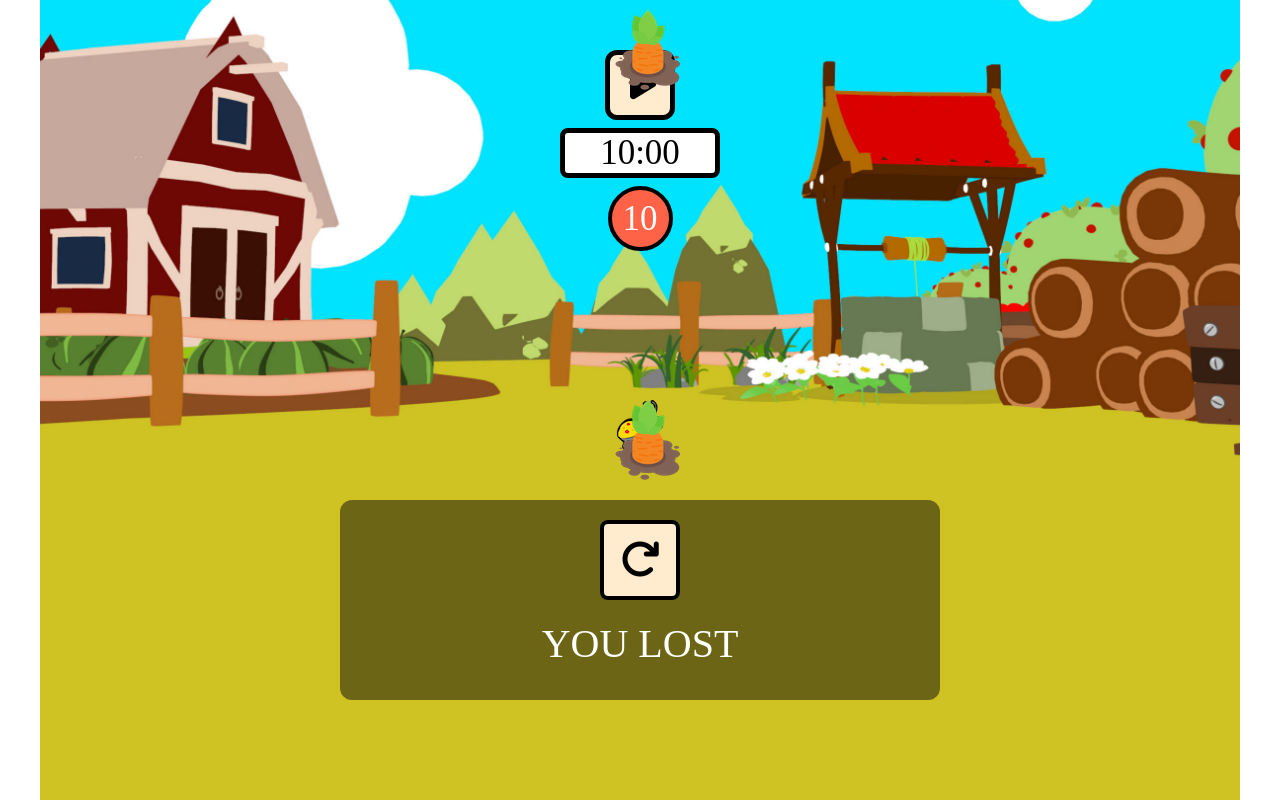
Repository: keehoonjung/Bug-Game
Page: index.html
These files come from the project's save history. The page is drawn as it stood at one moment and after the next save; the edit follows.
The browser window is 1280 px wide. The pictures show the whole page.
Some web libraries are served in a nearby version.

Above is the page before, as saved 2021-08-10 11:38:39.
Console error: TypeError: Cannot read properties of null (reading 'addEventListener')

### index.html
<!DOCTYPE html>
<html lang="en">
<head>
    <meta charset="UTF-8">
    <meta http-equiv="X-UA-Compatible" content="IE=edge">
    <meta name="viewport" content="width=device-width, initial-scale=1.0">
    <title>Document</title>
    <link rel="stylesheet" href="style.css">
    <script src="main.js"></script>
    <script src="https://kit.fontawesome.com/a7a8d59961.js" crossorigin="anonymous"></script>
</head>
<body>
    <section class="container">
        <section class="header">
            <button class="play__btn">
                <i class="fas fa-play"></i>
            </button>
            <div class="timer">
                10:00
            </div>
            <div class="count">10</div>
        </section>
        <section class="playground">
            <img src="./img/carrot.png" alt="carrot" class="carrot">
            <img src="./img/carrot.png" alt="carrot" class="bug">
            <img src="./img/bug.png" alt="bug">
        </section>
        <div class="popup">
            <button class="popup__btn">
                <i class="fas fa-redo"></i>
            </button>
            <div class="popup__message">YOU LOST</div>
        </div>
    </section>
</body>
</html>

### style.css
* {
  box-sizing: border-box;
}

body {
  margin: 0;
  text-align: center;
}

.container {
  background: center/ cover no-repeat url(/img/background.png);
  width: 1200px;
  height: 800px;
  margin: auto;
}

.header {
  height: 400px;
  padding-top: 50px;
}

.play__btn {
  width: 70px;
  height: 70px;
  background-color: blanchedalmond;
  font-size: 35px;
  border: 5px solid black;
  border-radius: 12px;
  padding-left: 12px;
  margin-bottom: 8px;
}

.timer {
  margin: auto;
  width: 160px;
  height: 50px;
  border: 5px solid black;
  border-radius: 8px;
  font-size: 35px;
  background-color: white;
  margin-bottom: 8px;
}

.count {
  margin: auto;
  width: 65px;
  height: 65px;
  background-color: tomato;
  border: 4px solid black;
  border-radius: 50%;
  font-size: 35px;
  padding: 9px 0;
  color: white;
}

.playground {
  height: 400px;
}

.carrot {
  position: absolute;
  top: 10px;
}

.bug {
  position: absolute;
}

.popup {
  position: relative;
  bottom: 300px;
  left: 300px;
  width: 600px;
  height: 200px;
  background-color: rgba(9, 9, 9, 0.5);
  padding-top: 20px;
  border-radius: 12px;
}

.popup__btn {
  width: 80px;
  height: 80px;
  background-color: blanchedalmond;
  border: 4px solid black;
  border-radius: 8px;
  font-size: 40px;
  margin-bottom: 20px;
}

.popup__message {
  font-size: 40px;
  color: white;
}

### main.js
"use strict";

// 1. 플레이 버튼 누르면 벌래랑 당근 만들기.
const carroutCount = 10;
const bugCount = 6;

const playBtn = document.querySelector(".play__btn");
const playground = document.querySelector(".playground");

playBtn.addEventListener("click", () => {
  createItem();
});

function createItem() {
  createCarrot(carroutCount);
  createBug(bugCount);
}

// 2. 플레이 버튼 누르면 시간 감소

// 3. 당근, 벌래 누르면 없어짐

// 4. 당근 없어질때마다 카운트 감소

// 5. 카운트가 다 달면 팝업 보이기, 시간 다달면 팝업 보이기, 벌래 클릭하면 팝업 보이기

After the next save:
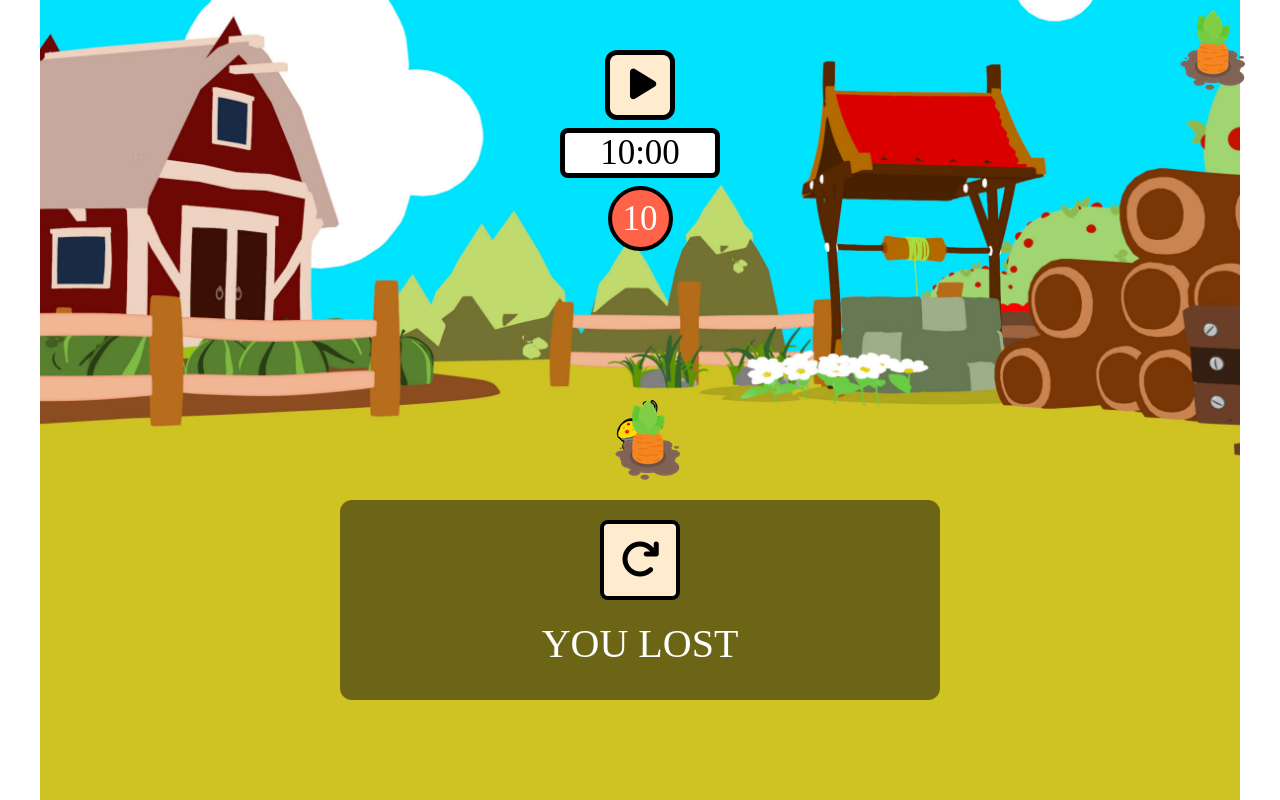
Saved 7 s later.
--- a/style.css
+++ b/style.css
@@ -60,6 +60,7 @@ body {
 .carrot {
   position: absolute;
   top: 10px;
+  right: 20px;
 }
 
 .bug {
